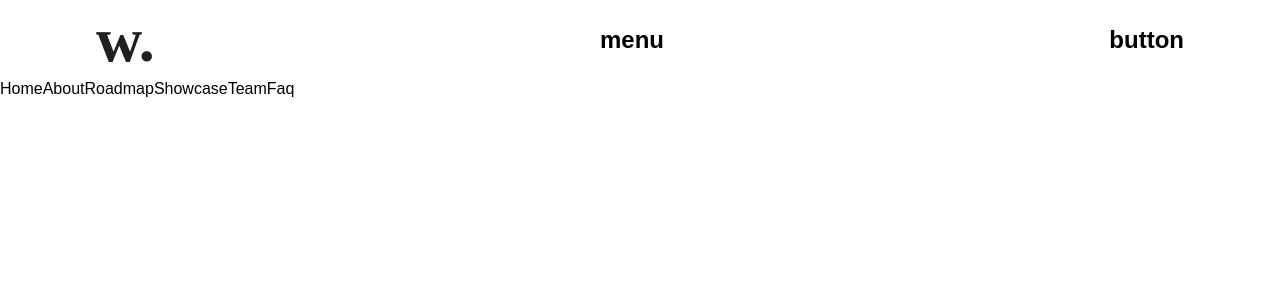
Repository: guilhermecardoso93/The-Weirdos-NFT-Website-Starter-Code
Page: /
These files come from the project's save history. The page is drawn as it stood at one moment and after the next save; the edit follows.
The browser window is 1280 px wide. The pictures show the whole page.
Some web fonts or font styles are not loaded; a fallback is used. The project was rebuilt for these pictures with package versions that can differ from the ones it lists, and the page was loaded fresh each time.

Above is the page before, as saved 2023-11-13 20:51:33.

### src/index.js
import React from 'react';
import ReactDOM from 'react-dom';
import {App} from './App';
import '../node_modules/normalize.css/normalize.css';
import { BrowserRouter } from 'react-router-dom';

//import reportWebVitals from './reportWebVitals';

ReactDOM.render(
  <React.StrictMode>
    <BrowserRouter>
      <App />
    </BrowserRouter>
  </React.StrictMode>,
  document.getElementById('root')
);

// If you want to start measuring performance in your app, pass a function
// to log results (for example: reportWebVitals(console.log))
// or send to an analytics endpoint. Learn more: https://bit.ly/CRA-vitals
//reportWebVitals();

### src/App.js
import { ThemeProvider } from "styled-components";

import { GlobalStyles } from "./styles/GlobalStyles";
import { light } from "./styles/Theme";

import { Navigation } from "./components/Navigation";
import { Home } from "./components/sections/Home";
import { About } from "./components/sections/About";
import { Roadmap } from "./components/sections/Roadmap";
import { Showcase } from "./components/sections/Showcase";
import { Team } from "./components/sections/Team";
import { Faq } from "./components/sections/Faq";

export function App() {
  return (
    <>
      <GlobalStyles />
        <ThemeProvider theme={light}>
          <Navigation />
          <Home />
          <About />
          <Roadmap />
          <Showcase />
          <Team />
          <Faq />
        </ThemeProvider>
    </>
  );
}

### src/styles/GlobalStyles.js
import { createGlobalStyle } from "styled-components"

import '@fontsource/akaya-telivigala';
import '@fontsource-variable/sora';


export const GlobalStyles = createGlobalStyle`
  *,*::before,*::after {
    margin: 0;
    padding: 0;
  }

  body {
  font-family: 'Sora Variable', sans-serif;
  overflow-x: hidden;
}

  h1, h2, h3, h4, h5, h6 {
  margin: 0;
  padding: 0;
  }

  a {
  color: inherit;
  text-decoration: none;
  }
`

### src/styles/Theme.js
export const light = {
    body: "#fff",
    text: "#202020",
    bodyRgba: "255, 255, 255",
    textRgba: "32,32,32",

    carouselColor: '#EEEDDE',

    fontxs: '0.75em',
    fontsm: '0.875em',
    fontmd: '1em', // 1em = 16px
    fontlg: '1.25em',
    fontxl: '2em',
    fontxxl: '3em',
    fontxxxl: '4em',

    fontButton: '0.875em',
    navHeight: '5rem',
}

export const dark = {
    body: "#202020",
    text: "#fff",

    bodyRgba: "32,32,32",
    textRgba: "255, 255, 255",

    carouselColor: '#EEEDDE',

    fontxs: '0.75em',
    fontsm: '0.875em',
    fontmd: '1em', // 1em = 16px
    fontlg: '1.25em',
    fontxl: '2em',
    fontxxl: '3em',
    fontxxxl: '4em',

    fontButton: '0.875em',
    navHeight: '5rem',
}

### src/components/Navigation/index.jsx
import { Logo } from "../Logo";
import { Section, NavBar } from "./style";

export function Navigation() {
  return (
    <Section>
      <NavBar>
        <Logo />
        <h2>menu</h2>
        <h2>button</h2>
      </NavBar>
      </Section>
  )
}

### src/components/sections/Home/index.jsx
export function Home() {
  return (
    <>
      Home
    </>
  )
}

### src/components/sections/About/index.jsx
export function About() {
  return (
    <>
      About
    </>
  )
}

### src/components/sections/Roadmap/index.jsx
export function Roadmap() {
  return (
    <>
      Roadmap
    </>
  )
}

### src/components/sections/Showcase/index.jsx
export function Showcase() {
  return (
    <>
      Showcase
    </>
  )
}

### src/components/sections/Team/index.jsx
export function Team() {
  return (
    <>
      Team
    </>
  )
}

### src/components/sections/Faq/index.jsx
export function Faq() {
  return (
    <>
      Faq
    </>
  )
}

### src/components/Logo/index.jsx
import { Link } from "react-router-dom";
import { LogoText } from "./style";

export function Logo() {
  return (
    <LogoText>
      <Link to="/">w.</Link>
    </LogoText>
  );
}

### src/components/Navigation/style.js
import styled from "styled-components";

export const Section = styled.section`
  width: 100vw;
  background-color: ${props => props.theme.body};
`

export const NavBar = styled.nav`
  display: flex;
  justify-content: space-between;
  align-items: center;

  width: 85%;
  height: ${props => props.theme.navHeight};
  margin: 0 auto;
`

### src/components/Logo/style.js
import styled from "styled-components";
import "@fontsource/akaya-telivigala";

export const LogoText = styled.h1`
  font-family: "Akaya Telivigala", cursive;
  font-size: ${props => props.theme.fontxxxl};
  color: ${props => props.theme.text};
  transition: all 0.2s ease;

  &:hover {
    transform: scale(1.1)
  }
`;

Loaded but not shown: public/index.html (common file)

After the next save:
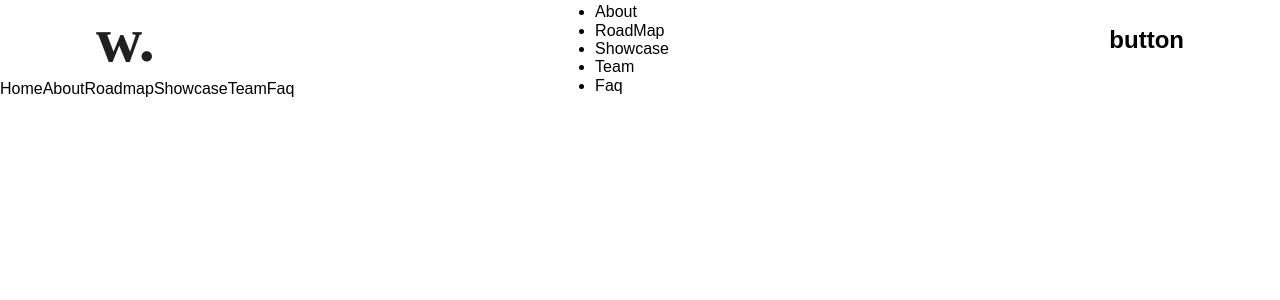
Saved 2 min 43 s later.
--- a/src/components/Navigation/index.jsx
+++ b/src/components/Navigation/index.jsx
@@ -6,7 +6,14 @@
     <Section>
       <NavBar>
         <Logo />
-        <h2>menu</h2>
+        <ul>
+          <li>Home</li>
+          <li>About</li>
+          <li>RoadMap</li>
+          <li>Showcase</li>
+          <li>Team</li>
+          <li>Faq</li>
+        </ul>
         <h2>button</h2>
       </NavBar>
       </Section>
